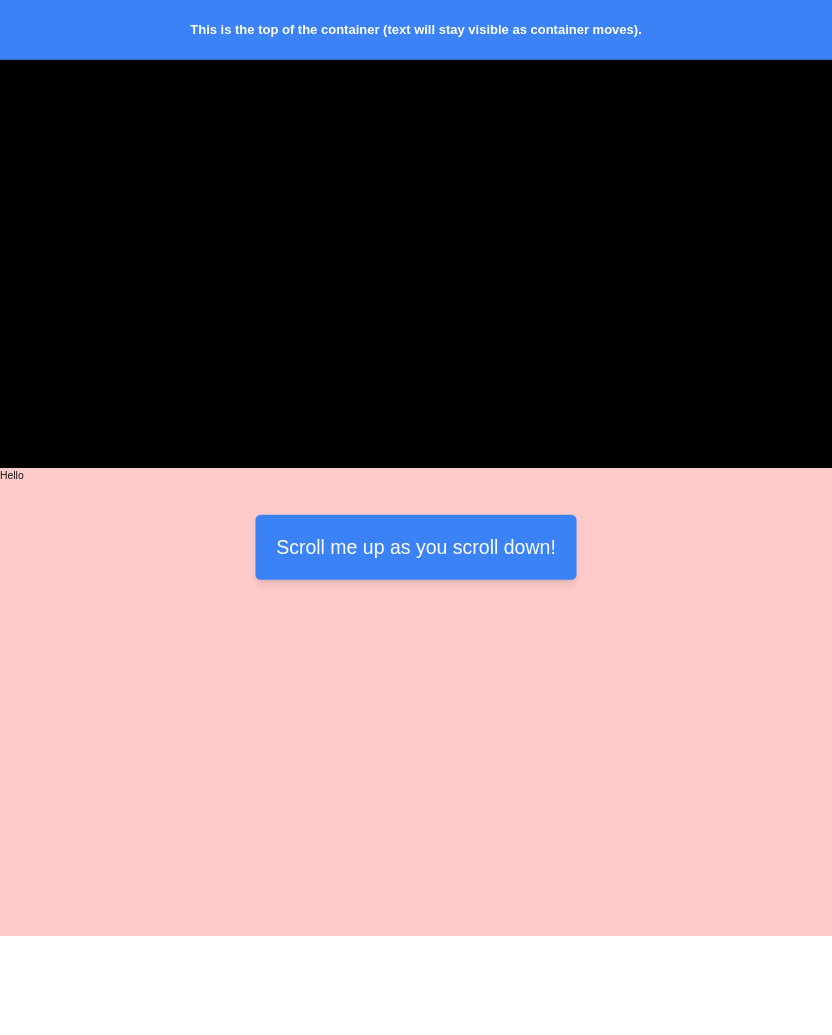
Repository: TMuse333/focus-flow2
Page: / (app in frontend/)
An editor plug-in stored every save of this project. The page is shown before and after the next save, followed by the edit.
The browser window is 1280 px wide. The pictures show the whole page, at 65% of full size.
The project was rebuilt for these pictures with package versions that can differ from the ones it lists, and the page was loaded fresh each time. The framework's server and built-in components were replaced by stand-ins that run in the browser. Also part of the build but not shown: frontend/next.config.ts.

Above is the page before, as saved 2025-02-25 17:52:46.

### frontend/src/app/page.tsx
import Homepage from "@/pageComponents/homepage";
import Image from "next/image";

export default function Home() {
  return (
  <Homepage/>
  );
}

### frontend/src/pageComponents/homepage.tsx
import PlaceHolder from "@/components/contentPieces/placeHolder";
import Herobanner from "@/components/herobanner/herobanner";
import React from "react";

const Homepage = () => {


    return (
        <main className="w-screen
        ">
              {/* <PlaceHolder/> */}
            <Herobanner/>

            <PlaceHolder/>

        </main>
    )
}

export default Homepage

### frontend/src/components/contentPieces/placeHolder.tsx
import React from "react"


const PlaceHolder = () => {


    return (
        <div className="h-screen w-screen
        bg-red-200">
            Hello
        </div>
    )
}

export default PlaceHolder

### frontend/src/components/herobanner/herobanner.tsx
"use client";

import React, { useState, useEffect, useRef } from "react";

const ScrollTranslateContainer = () => {
    const containerRef = useRef(null);
    const [scrollPosition, setScrollPosition] = useState(0);

    useEffect(() => {
        const handleScroll = () => {
            setScrollPosition(window.scrollY);
        };

        // Listen for the scroll event
        window.addEventListener("scroll", handleScroll);

        return () => {
            // Clean up the event listener when the component is unmounted
            window.removeEventListener("scroll", handleScroll);
        };
    }, []);

    // Calculate the translation amount, ensuring it doesn't go beyond 1000px
    const translateY = Math.min(scrollPosition, 2000);

    return (
        <div
            ref={containerRef}
            className="w-full h-screen bg-black text-white"
            style={{
                transform: `translateY(-${translateY}px)`, // Translate container upwards as you scroll
                transition: "transform 0.1s ease-out", // Smooth transition
            }}
        >
            <div className="p-8 bg-blue-500 text-xl font-bold text-center">
                This is the top of the container (text will stay visible as container moves).
            </div>

            <div className="flex justify-center items-center h-[1500px]">
                <div className="p-8 bg-blue-500 text-white rounded-lg shadow-lg">
                    <h2 className="text-3xl">Scroll me up as you scroll down!</h2>
                </div>
            </div>
        </div>
    );
};

export default ScrollTranslateContainer;

Loaded but not shown: frontend/src/app/layout.tsx (common file); frontend/src/app/globals.css (common file); frontend/tailwind.config.ts (common file)

After the next save:
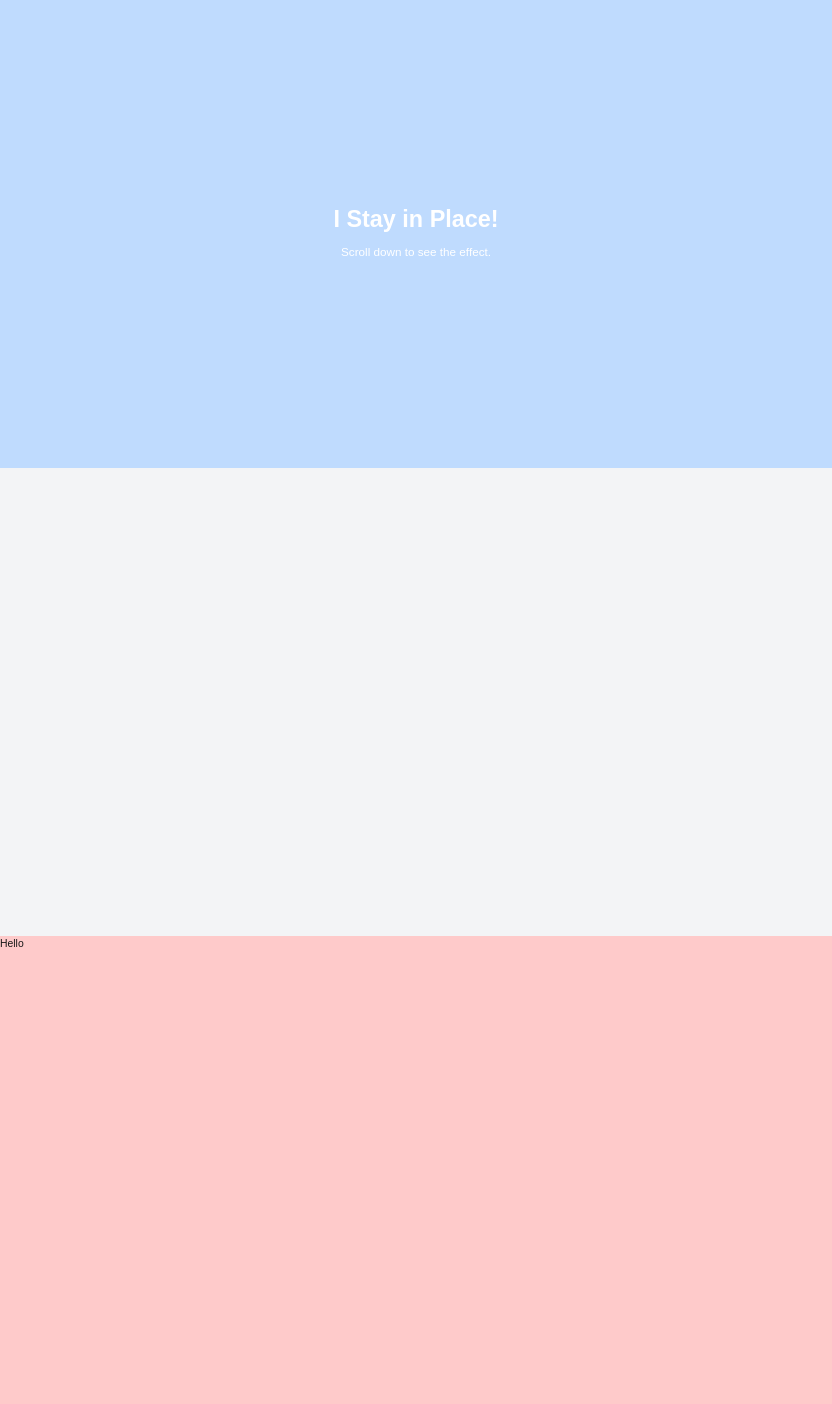
Saved 72 s later.
--- a/frontend/src/components/herobanner/herobanner.tsx
+++ b/frontend/src/components/herobanner/herobanner.tsx
@@ -1,48 +1,32 @@
-"use client";
+"use client"
 
-import React, { useState, useEffect, useRef } from "react";
+import React, { useRef } from "react";
+import { motion, useScroll, useTransform } from "framer-motion";
 
-const ScrollTranslateContainer = () => {
+const StickyIllusionContainer = () => {
     const containerRef = useRef(null);
-    const [scrollPosition, setScrollPosition] = useState(0);
 
-    useEffect(() => {
-        const handleScroll = () => {
-            setScrollPosition(window.scrollY);
-        };
+    const { scrollY } = useScroll({
+        container: null, // Tracks global scroll (viewport)
+    });
 
-        // Listen for the scroll event
-        window.addEventListener("scroll", handleScroll);
-
-        return () => {
-            // Clean up the event listener when the component is unmounted
-            window.removeEventListener("scroll", handleScroll);
-        };
-    }, []);
-
-    // Calculate the translation amount, ensuring it doesn't go beyond 1000px
-    const translateY = Math.min(scrollPosition, 2000);
+    // Translate upward by the exact scroll distance
+    const translateY = useTransform(scrollY, (value) => -value);
 
     return (
-        <div
-            ref={containerRef}
-            className="w-full h-screen bg-black text-white"
-            style={{
-                transform: `translateY(-${translateY}px)`, // Translate container upwards as you scroll
-                transition: "transform 0.1s ease-out", // Smooth transition
-            }}
-        >
-            <div className="p-8 bg-blue-500 text-xl font-bold text-center">
-                This is the top of the container (text will stay visible as container moves).
-            </div>
-
-            <div className="flex justify-center items-center h-[1500px]">
-                <div className="p-8 bg-blue-500 text-white rounded-lg shadow-lg">
-                    <h2 className="text-3xl">Scroll me up as you scroll down!</h2>
-                </div>
-            </div>
+        <div className="h-[200vh] bg-gray-100"> {/* Parent taller than viewport for scrolling */}
+            <motion.div
+                ref={containerRef}
+                className="w-screen h-screen bg-blue-200 flex flex-col items-center justify-center"
+                style={{
+                    translateY, // Moves up as you scroll down
+                }}
+            >
+                <h1 className="text-4xl font-bold text-white">I Stay in Place!</h1>
+                <p className="text-lg text-white mt-4">Scroll down to see the effect.</p>
+            </motion.div>
         </div>
     );
-};
+}
 
-export default ScrollTranslateContainer;
+export default StickyIllusionContainer;
